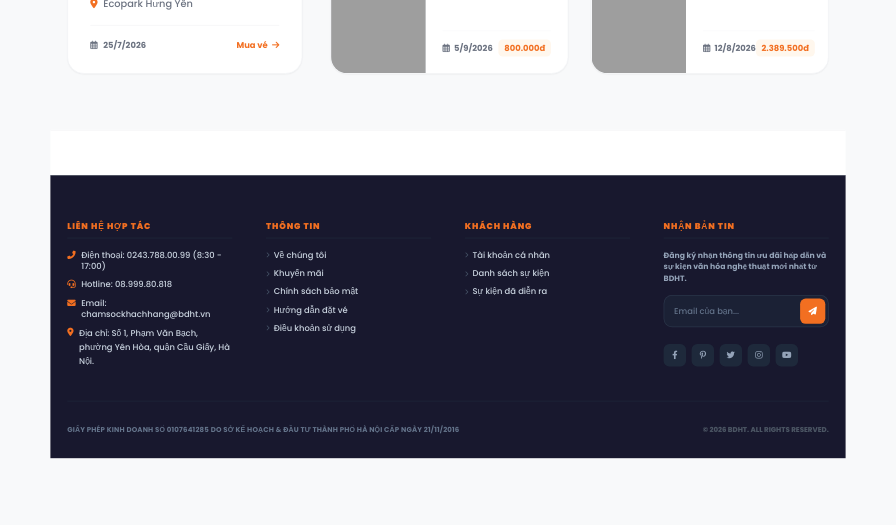
Repository: Vu-Tien-Duc/K23CNT3_VuTienDuc_Project4_EventTicket
Page: EventTicket_BDHT_Project/frontend-web/pages/index.html
These files come from the project's save history. The page is drawn as it stood at one moment and after the next save; the edit follows.
The browser window is 1280 px wide. The pictures show the part of the page from y = 1902 to 3822 px (the page is 2652 px tall before and 4091 px after), at 70% of full size.
Pictures or frames that could not be fetched are drawn as grey boxes. The page's requests for data from a server got no answer. Some web libraries are served in a nearby version.

Above is the page before, as saved 2026-05-20 20:54:02.
Not found: EventTicket_BDHT_Project/frontend-web/assets/js/core/i18n.js

After the next save:
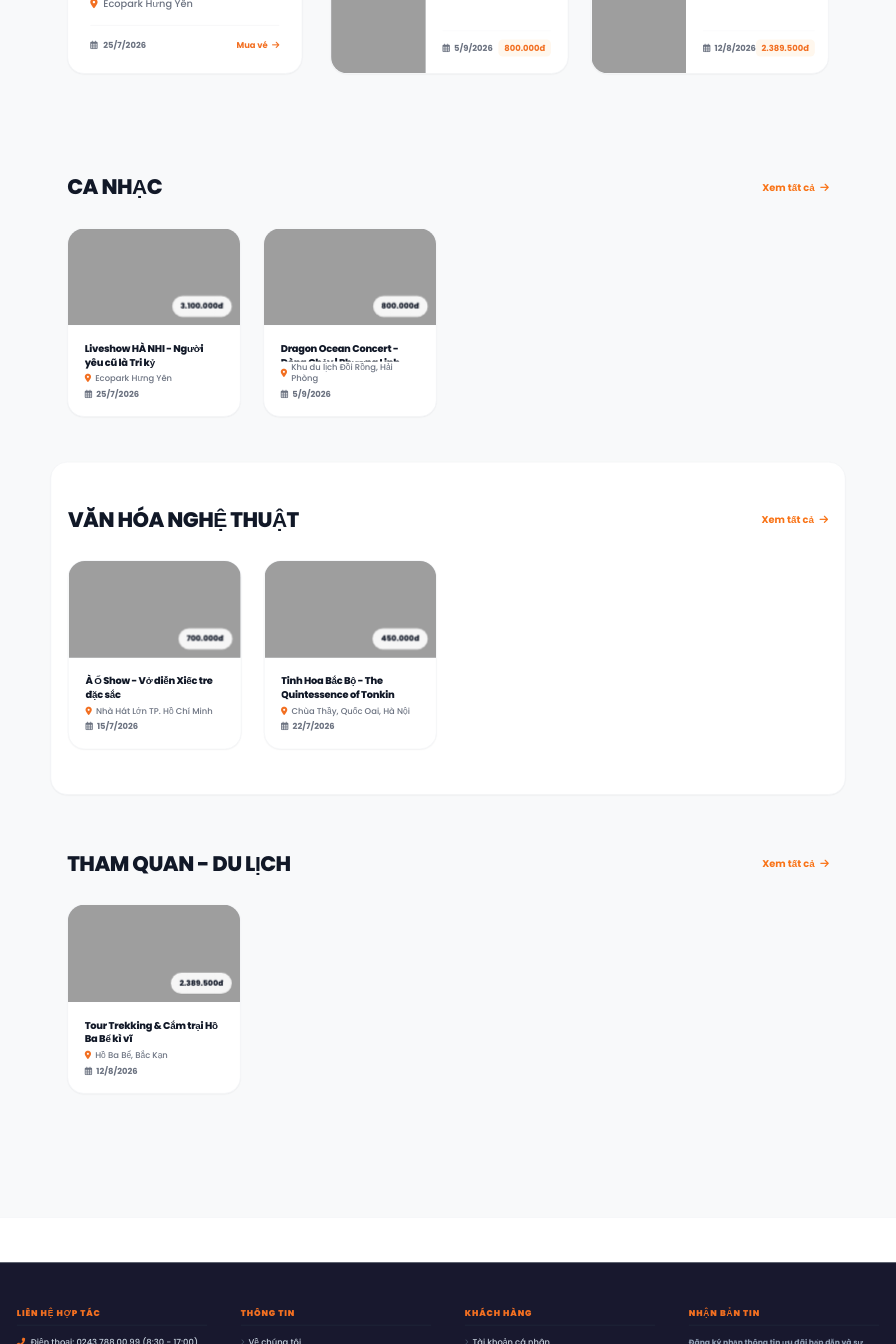
Saved 19 s later.
--- a/EventTicket_BDHT_Project/frontend-web/pages/index.html
+++ b/EventTicket_BDHT_Project/frontend-web/pages/index.html
@@ -193,7 +193,43 @@
             </div>
         </section>
 
-
+        <!-- ==================== DYNAMIC CATEGORY BLOCKS ==================== -->
+        <!-- 1. CA NHẠC (MUSIC SECTION) -->
+        <section class="max-w-7xl mx-auto px-6 py-16">
+            <div class="flex justify-between items-center mb-10">
+                <h2 class="text-3xl font-extrabold text-gray-900 tracking-tight" data-i18n="body.music_section">CA NHẠC</h2>
+                <a href="index.html?category=Vé%20ca%20nhạc" class="text-sm font-bold text-orange-500 hover:text-orange-600 transition flex items-center gap-2 hover:translate-x-1"><span data-i18n="body.view_all">Xem tất cả</span> <i class="fas fa-arrow-right"></i></a>
+            </div>
+            <div id="music-event-list" class="grid grid-cols-1 sm:grid-cols-2 lg:grid-cols-4 gap-8">
+                <!-- Rendered dynamically -->
+            </div>
+        </section>
+
+        <!-- 2. VĂN HÓA NGHỆ THUẬT (CULTURE SECTION) -->
+        <section class="max-w-7xl mx-auto px-6 py-16 bg-white rounded-3xl shadow-sm border border-gray-100">
+            <div class="flex justify-between items-center mb-10">
+                <h2 class="text-3xl font-extrabold text-gray-900 tracking-tight" data-i18n="body.culture_section">VĂN HÓA NGHỆ THUẬT</h2>
+                <a href="index.html?category=Văn%20hóa%20nghệ%20thuật" class="text-sm font-bold text-orange-500 hover:text-orange-600 transition flex items-center gap-2 hover:translate-x-1"><span data-i18n="body.view_all">Xem tất cả</span> <i class="fas fa-arrow-right"></i></a>
+            </div>
+            <div id="culture-event-list" class="grid grid-cols-1 sm:grid-cols-2 lg:grid-cols-4 gap-8">
+                <!-- Rendered dynamically -->
+            </div>
+        </section>
+
+        <!-- 3. THAM QUAN - DU LỊCH (TOURISM SECTION) -->
+        <section class="max-w-7xl mx-auto px-6 py-20">
+            <div class="flex justify-between items-center mb-10">
+                <h2 class="text-3xl font-extrabold text-gray-900 tracking-tight" data-i18n="body.tourism_section">THAM QUAN - DU LỊCH</h2>
+                <a href="index.html?category=Vé%20tham%20quan%20-%20du%20lịch" class="text-sm font-bold text-orange-500 hover:text-orange-600 transition flex items-center gap-2 hover:translate-x-1"><span data-i18n="body.view_all">Xem tất cả</span> <i class="fas fa-arrow-right"></i></a>
+            </div>
+            <div id="tourism-event-list" class="grid grid-cols-1 sm:grid-cols-2 lg:grid-cols-4 gap-8">
+                <!-- Rendered dynamically -->
+            </div>
+        </section>
+
+
+
+    </main>
 
     <!-- 2. Shared Footer Container Placeholder -->
     <div id="footer-container" class="bg-white border-t border-gray-100 pt-16"></div>
